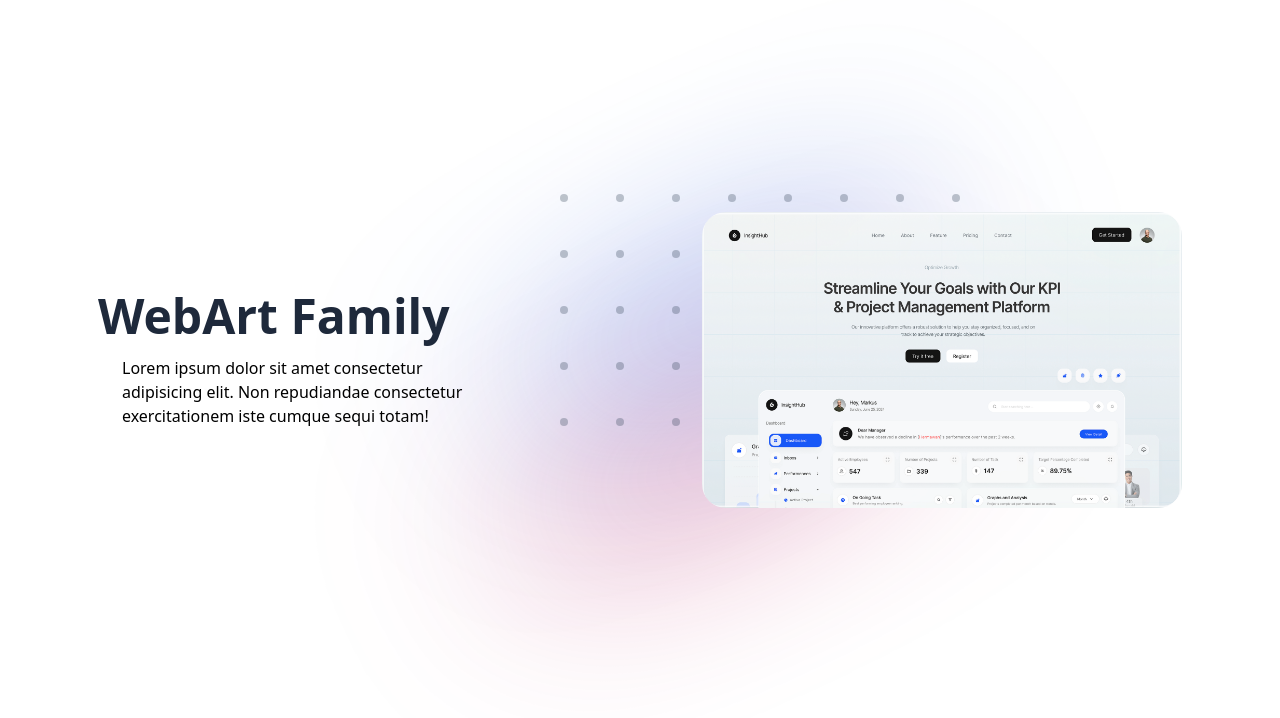
Repository: 30namp/youtube-web-art-code
Page: stunning landing page 1/index.html
The author's editor kept a copy of each file at every save. The page is drawn from the files as they stood at one save, then again after the next save.
The browser window is 1280 px wide. The pictures show the whole page.

Above is the page before, as saved 2024-09-26 18:30:56.

### stunning landing page 1/index.html
<!DOCTYPE html>
<html lang="en">
  <head>
    <meta charset="UTF-8" />
    <meta name="viewport" content="width=device-width, initial-scale=1.0" />
    <title>WebArt Design</title>
    <script src="./tailwindcss.min.js"></script>
  </head>
  <body class="min-h-screen">
    <div
      class="absolute right-[25%] top-[60%] h-12 w-[30rem] rounded-[100%] rotate-[-25deg] bg-pink-700 blur-[6rem]"
    ></div>
    <div
      class="absolute right-[25%] top-[40%] h-12 w-[30rem] rounded-[100%] rotate-[-25deg] bg-blue-700 blur-[6rem]"
    ></div>
    <div class="grid grid-cols-8 gap-12 absolute right-[25%] top-[27%]">
      <div class="rounded-full bg-slate-700/30 size-2 shadow-lg"></div>
      <div class="rounded-full bg-slate-700/30 size-2 shadow-lg"></div>
      <div class="rounded-full bg-slate-700/30 size-2 shadow-lg"></div>
      <div class="rounded-full bg-slate-700/30 size-2 shadow-lg"></div>
      <div class="rounded-full bg-slate-700/30 size-2 shadow-lg"></div>
      <div class="rounded-full bg-slate-700/30 size-2 shadow-lg"></div>
      <div class="rounded-full bg-slate-700/30 size-2 shadow-lg"></div>
      <div class="rounded-full bg-slate-700/30 size-2 shadow-lg"></div>
      <div class="rounded-full bg-slate-700/30 size-2 shadow-lg"></div>
      <div class="rounded-full bg-slate-700/30 size-2 shadow-lg"></div>
      <div class="rounded-full bg-slate-700/30 size-2 shadow-lg"></div>
      <div class="rounded-full bg-slate-700/30 size-2 shadow-lg"></div>
      <div class="rounded-full bg-slate-700/30 size-2 shadow-lg"></div>
      <div class="rounded-full bg-slate-700/30 size-2 shadow-lg"></div>
      <div class="rounded-full bg-slate-700/30 size-2 shadow-lg"></div>
      <div class="rounded-full bg-slate-700/30 size-2 shadow-lg"></div>
      <div class="rounded-full bg-slate-700/30 size-2 shadow-lg"></div>
      <div class="rounded-full bg-slate-700/30 size-2 shadow-lg"></div>
      <div class="rounded-full bg-slate-700/30 size-2 shadow-lg"></div>
      <div class="rounded-full bg-slate-700/30 size-2 shadow-lg"></div>
      <div class="rounded-full bg-slate-700/30 size-2 shadow-lg"></div>
      <div class="rounded-full bg-slate-700/30 size-2 shadow-lg"></div>
      <div class="rounded-full bg-slate-700/30 size-2 shadow-lg"></div>
      <div class="rounded-full bg-slate-700/30 size-2 shadow-lg"></div>
      <div class="rounded-full bg-slate-700/30 size-2 shadow-lg"></div>
      <div class="rounded-full bg-slate-700/30 size-2 shadow-lg"></div>
      <div class="rounded-full bg-slate-700/30 size-2 shadow-lg"></div>
      <div class="rounded-full bg-slate-700/30 size-2 shadow-lg"></div>
      <div class="rounded-full bg-slate-700/30 size-2 shadow-lg"></div>
      <div class="rounded-full bg-slate-700/30 size-2 shadow-lg"></div>
      <div class="rounded-full bg-slate-700/30 size-2 shadow-lg"></div>
      <div class="rounded-full bg-slate-700/30 size-2 shadow-lg"></div>
      <div class="rounded-full bg-slate-700/30 size-2 shadow-lg"></div>
      <div class="rounded-full bg-slate-700/30 size-2 shadow-lg"></div>
      <div class="rounded-full bg-slate-700/30 size-2 shadow-lg"></div>
      <div class="rounded-full bg-slate-700/30 size-2 shadow-lg"></div>
      <div class="rounded-full bg-slate-700/30 size-2 shadow-lg"></div>
      <div class="rounded-full bg-slate-700/30 size-2 shadow-lg"></div>
      <div class="rounded-full bg-slate-700/30 size-2 shadow-lg"></div>
      <div class="rounded-full bg-slate-700/30 size-2 shadow-lg"></div>
    </div>

    <div
      class="hero-section relative h-screen flex justify-around items-center"
    >
      <div class="content flex flex-col gap-4">
        <h1 class="text-5xl font-bold text-slate-800">WebArt Family</h1>
        <div class="description ml-6 w-96">
          Lorem ipsum dolor sit amet consectetur adipisicing elit. Non
          repudiandae consectetur exercitationem iste cumque sequi totam!
        </div>
      </div>
      <img class="w-[30rem] rounded-3xl" src="./img.png" alt="" />
    </div>
  </body>
</html>

Loaded but not shown: stunning landing page 1/tailwindcss.min.js (library)

After the next save:
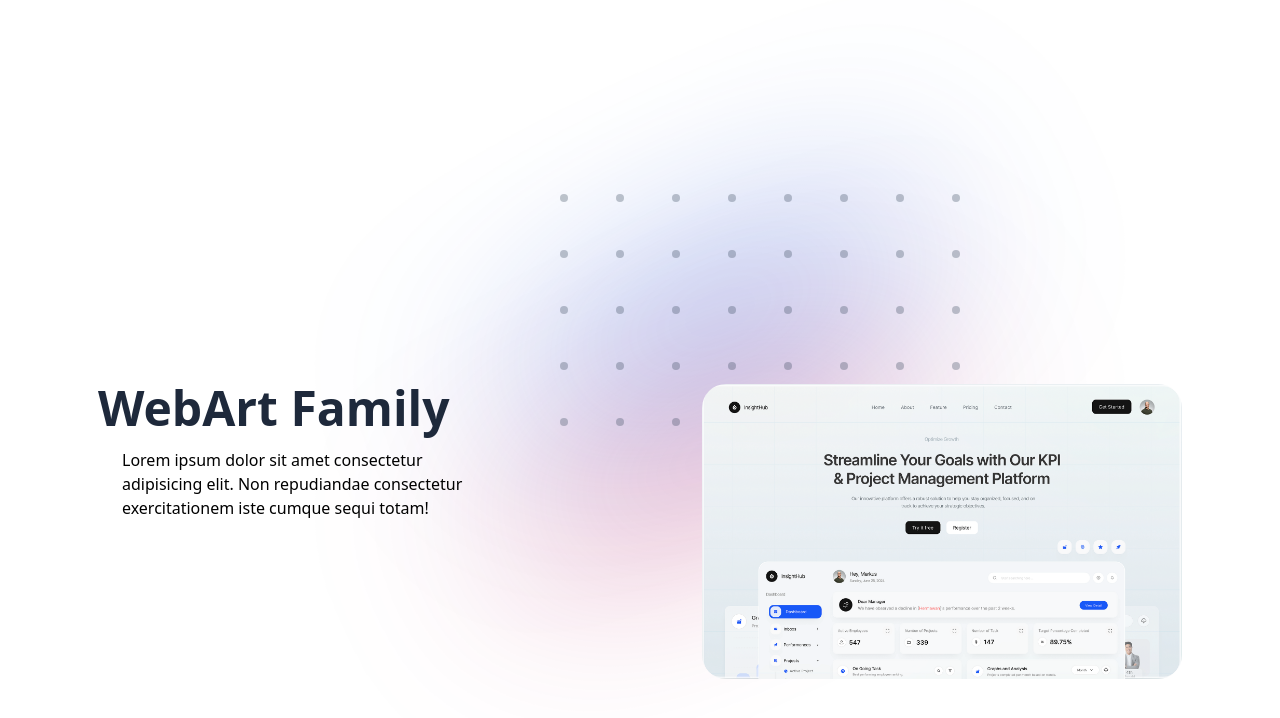
Saved 29 s later.
--- a/stunning landing page 1/index.html
+++ b/stunning landing page 1/index.html
@@ -56,9 +56,7 @@
       <div class="rounded-full bg-slate-700/30 size-2 shadow-lg"></div>
     </div>
 
-    <div
-      class="hero-section relative h-screen flex justify-around items-center"
-    >
+    <div class="hero-section relative pt-96 flex justify-around items-start">
       <div class="content flex flex-col gap-4">
         <h1 class="text-5xl font-bold text-slate-800">WebArt Family</h1>
         <div class="description ml-6 w-96">
